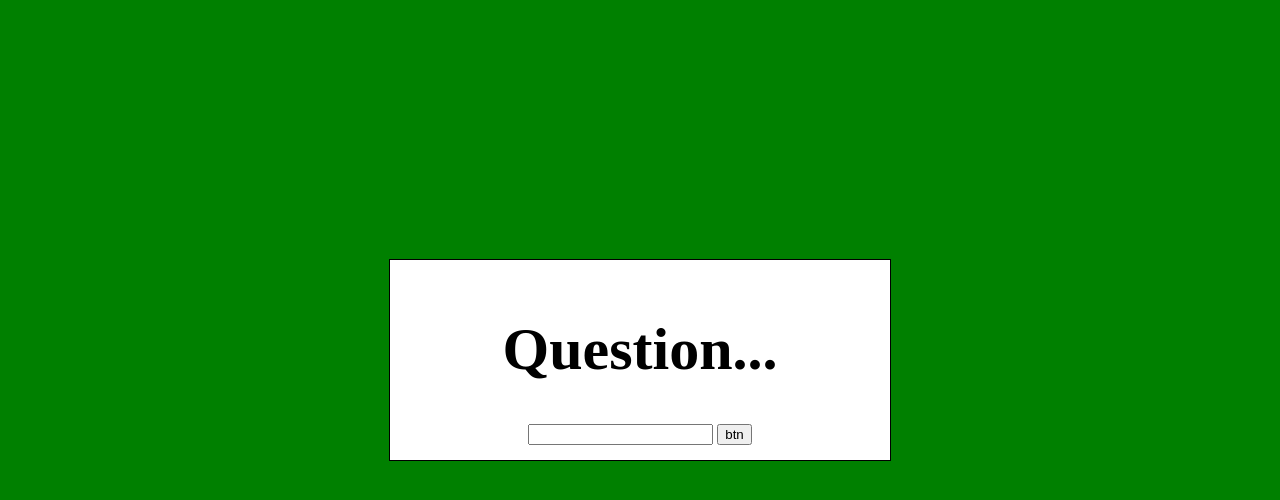
Repository: Joseph061200/Dynamic_Lab2
Page: joseph.html
The author's editor kept a copy of each file at every save. The page is drawn from the files as they stood at one save, then again after the next save.
The browser window is 1280 px wide. The pictures show the whole page.

Above is the page before, as saved 2020-02-20 14:11:35.

### joseph.html
<!DOCTYPE html>
<html>
    <head>
        <title>Joseph</title>
        <link rel="stylesheet" href="joseph.css">
    </head>
    <body>
        <div class="app">
            <div class="pop_up question">
                <h1 class="h1">Question...</h1>
                <div>
                    <input type="Enter Your Answer Here">
                    <button>btn</button>
                </div>
            </div>
        </div>
        <script src="joseph.js"></script>
    </body>
</html>

### joseph.css
body,html {
    margin: 0;
}
.app{
    width: 100vw;
    height: 100vh;
    display: flex;
    justify-content: center;
    align-items: center;
    background-color: green;
}
.pop_up{
    width: 500px;
    height: 200px;
    border: solid 1px black;
    display: flex;
    flex-direction: column;
    justify-content: center;
    align-items: center;
    background-color: white;

}
h1 {
    font-size: 60px;
}

Loaded but not shown: joseph.js (no copy from this time; the picture is the same without it)

After the next save:
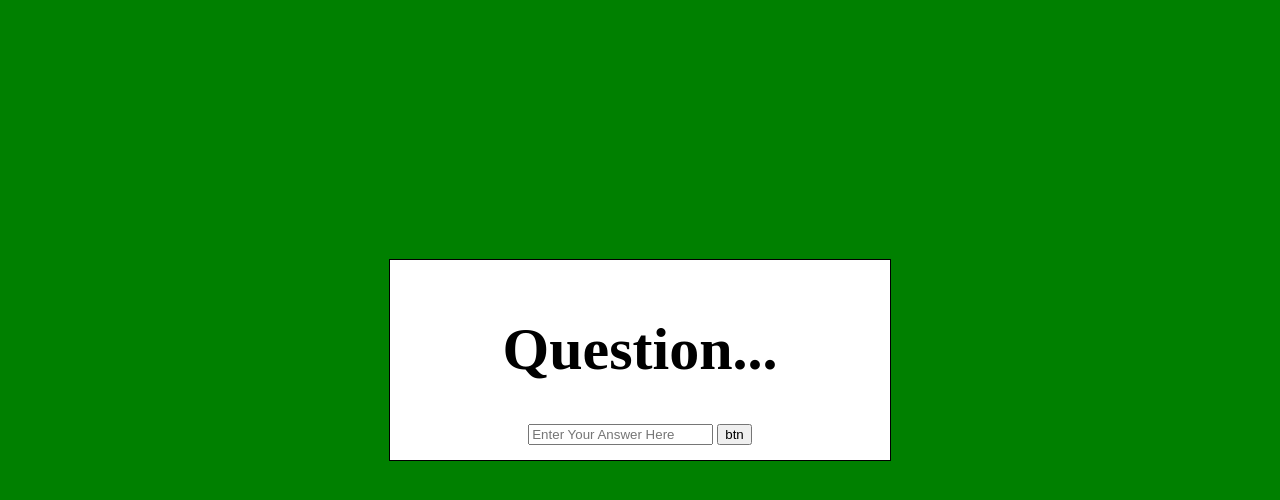
Saved 55 s later.
--- a/joseph.html
+++ b/joseph.html
@@ -9,7 +9,7 @@
             <div class="pop_up question">
                 <h1 class="h1">Question...</h1>
                 <div>
-                    <input type="Enter Your Answer Here">
+                    <input type="text" placeholder="Enter Your Answer Here">
                     <button>btn</button>
                 </div>
             </div>
